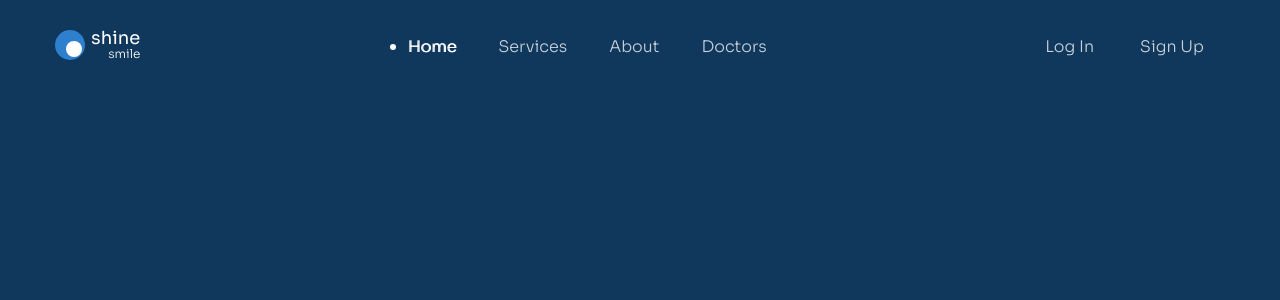
Repository: anhtien111198/f8-htmlcss-03
Page: index.html
These files come from the project's save history. The page is drawn as it stood at one moment and after the next save; the edit follows.
The browser window is 1280 px wide. The pictures show the whole page.

Above is the page before, as saved 2023-05-12 10:27:06.

After the next save:
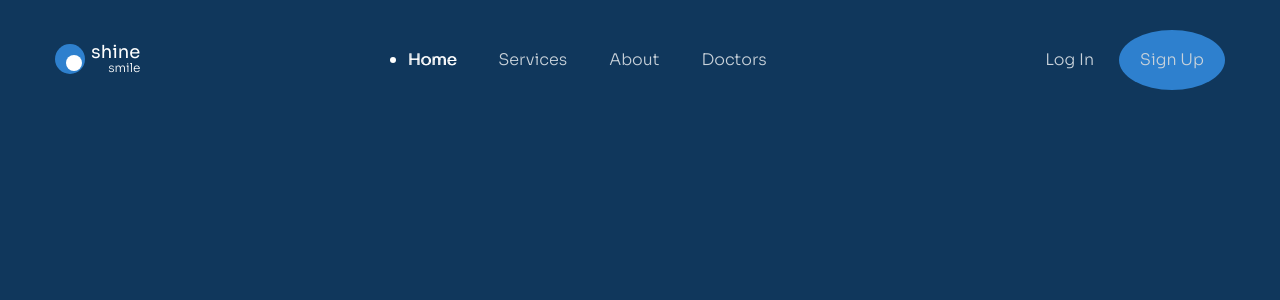
Saved 2 min 59 s later.
--- a/assets/css/style.css
+++ b/assets/css/style.css
@@ -19,6 +19,15 @@ a {
     width: 1170px;
     max-width: calc(100% - 48px);
     margin: 0 auto;
+}
+.btn {
+    display: inline-block;
+    height: 60px;
+    padding: 0 20px;
+    border-radius: 50%;
+    line-height: 52px;
+    color: #fff;
+    background: #2e80ce;
 }
 /* ========header============= */
 .header {
